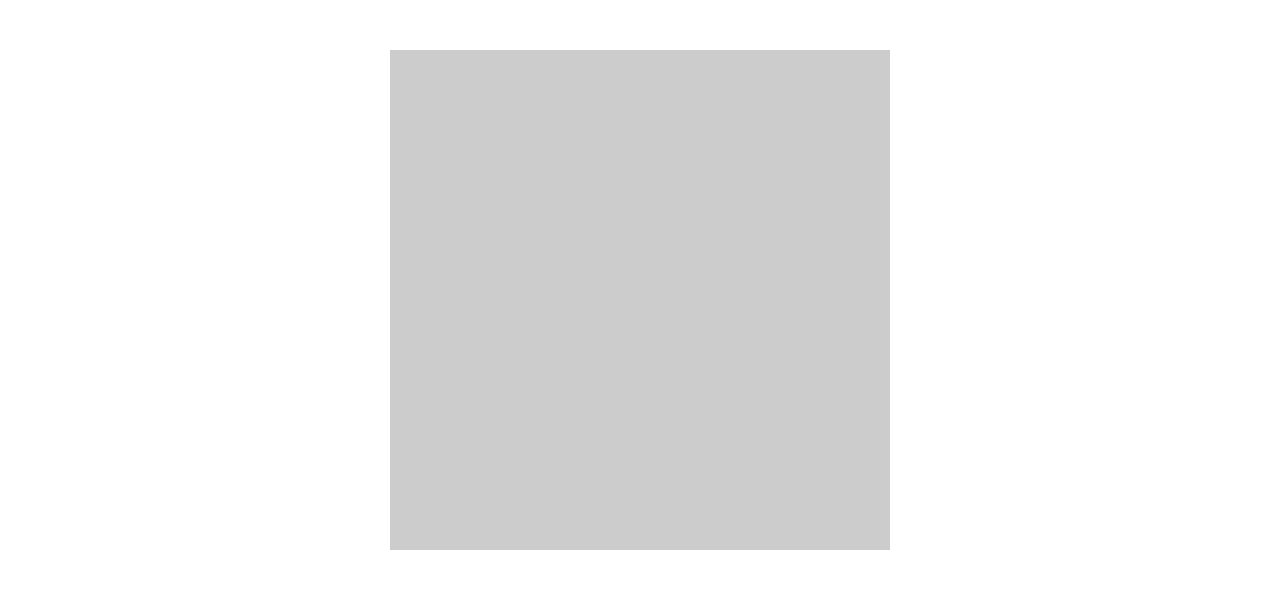
Repository: elvinyeka/SnakeGame
Page: index.html
The author's editor kept a copy of each file at every save. The page is drawn from the files as they stood at one save, then again after the next save.
The browser window is 1280 px wide. The pictures show the whole page.

Above is the page before, as saved 2020-11-07 22:50:14.

### index.html
<!DOCTYPE html>
<html lang="en">
<head>
    <meta charset="UTF-8">
    <meta name="viewport" content="width=device-width, initial-scale=1.0">
    <link rel="stylesheet" href="css/style.css">
    <title>Snake Game</title>
</head>
<body>
    <script src="js/snake.js"></script>
</body>
</html>

### css/style.css
* {
    box-sizing: border-box;
}

body {
    margin: 50px;
}

.ground {
    width: 500px;
    height: 500px;
    margin: 0 auto;
    display: flex;
    flex-wrap: wrap;
    background-color: #cccccc;
}

.box{
    width:50px;
    height: 50px;
    padding:5px;
}

.snakeBody {
    background-color: #38a03d;
    background-size: cover;
    border-radius: 50%;
}

.snakeHead {
    background-color: #067c0c;
    background-size: cover;
    border-radius: 50%;
}

### js/snake.js
var ground = document.createElement('div');
document.body.appendChild(ground);
ground.classList.add('ground');


for(var i=0; i < 101; i++) {
    var box = document.createElement('div');
    ground.appendChild(box);
    box.classList.add('box');

}

var box = document.getElementsByClassName('box');
var x = 1,
    y = 10;

for(var i=0; i< box.length; i++) {
    if(x>10) {
        x = 1;
        y--;
    }
    box[i].setAttribute('posX', x);
    box[i].setAttribute('posY', y);
    x++;
}


function generateSnake() {
    var posX = Math.round(Math.random() * (10 - 1) + 1);
    var posY = Math.round(Math.random() * (10 - 1) + 1);
    return [posX, posY];
}

var coordinates = generateSnake();
var snakeBody  = [document.querySelector('[posX = "' + coordinates[0] + '"][posY = "' + coordinates[1] + '"]' )];

console.log(coordinates);
console.log(snakeBody);

After the next save:
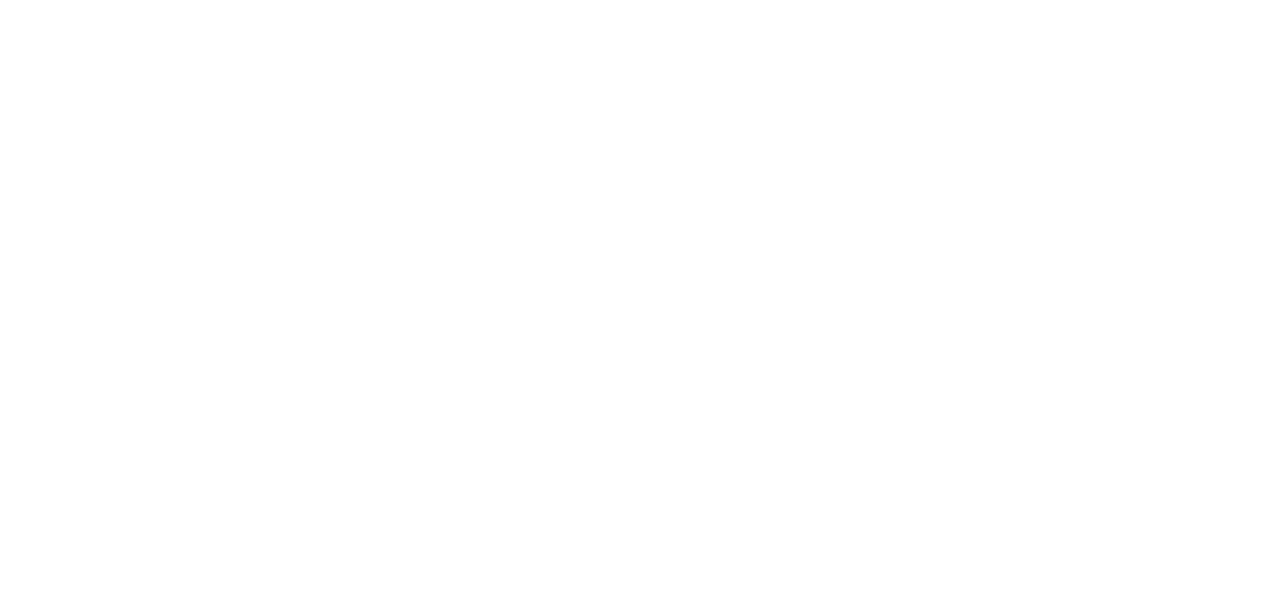
Console error: SyntaxError: missing ) after argument list
Saved 3 min 49 s later.
--- a/js/snake.js
+++ b/js/snake.js
@@ -32,7 +32,9 @@
 }
 
 var coordinates = generateSnake();
-var snakeBody  = [document.querySelector('[posX = "' + coordinates[0] + '"][posY = "' + coordinates[1] + '"]' )];
+var snakeBody  = [document.querySelector('[posX = "' + coordinates[0] + '"][posY = "' + coordinates[1] + '"]',
+document.querySelector('[posX = "' + coordinates[0] + '"][posY = "' + coordinates[1] + '"]',
+document.querySelector('[posX = "' + coordinates[0] + '"][posY = "' + coordinates[1] + '"]' )];
 
 console.log(coordinates);
 console.log(snakeBody);

After the save that followed:
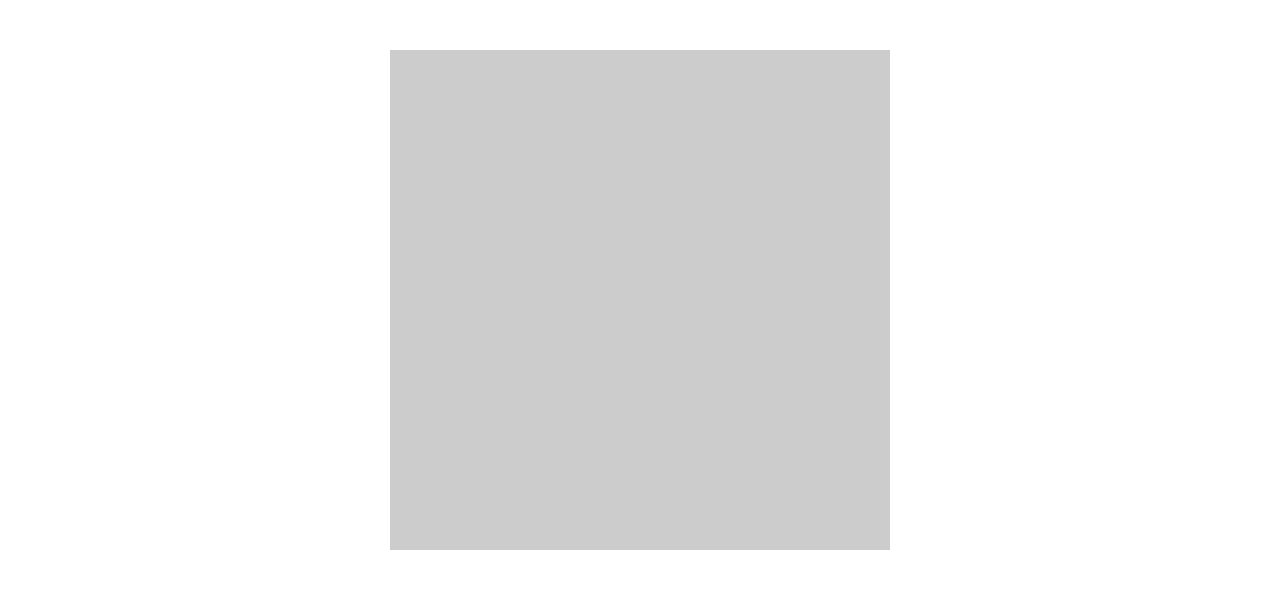
The error is gone.
Saved 2 min 30 s later.
--- a/js/snake.js
+++ b/js/snake.js
@@ -32,9 +32,9 @@
 }
 
 var coordinates = generateSnake();
-var snakeBody  = [document.querySelector('[posX = "' + coordinates[0] + '"][posY = "' + coordinates[1] + '"]',
-document.querySelector('[posX = "' + coordinates[0] + '"][posY = "' + coordinates[1] + '"]',
-document.querySelector('[posX = "' + coordinates[0] + '"][posY = "' + coordinates[1] + '"]' )];
+var snakeBody  = [document.querySelector('[posX = "' + coordinates[0] + '"][posY = "' + coordinates[1] + '"]'),
+document.querySelector('[posX = "' + coordinates[0] + '"][posY = "' + coordinates[1] + '"]'),
+document.querySelector('[posX = "' + coordinates[0] + '"][posY = "' + coordinates[1] + '"]')];
 
 console.log(coordinates);
 console.log(snakeBody);
